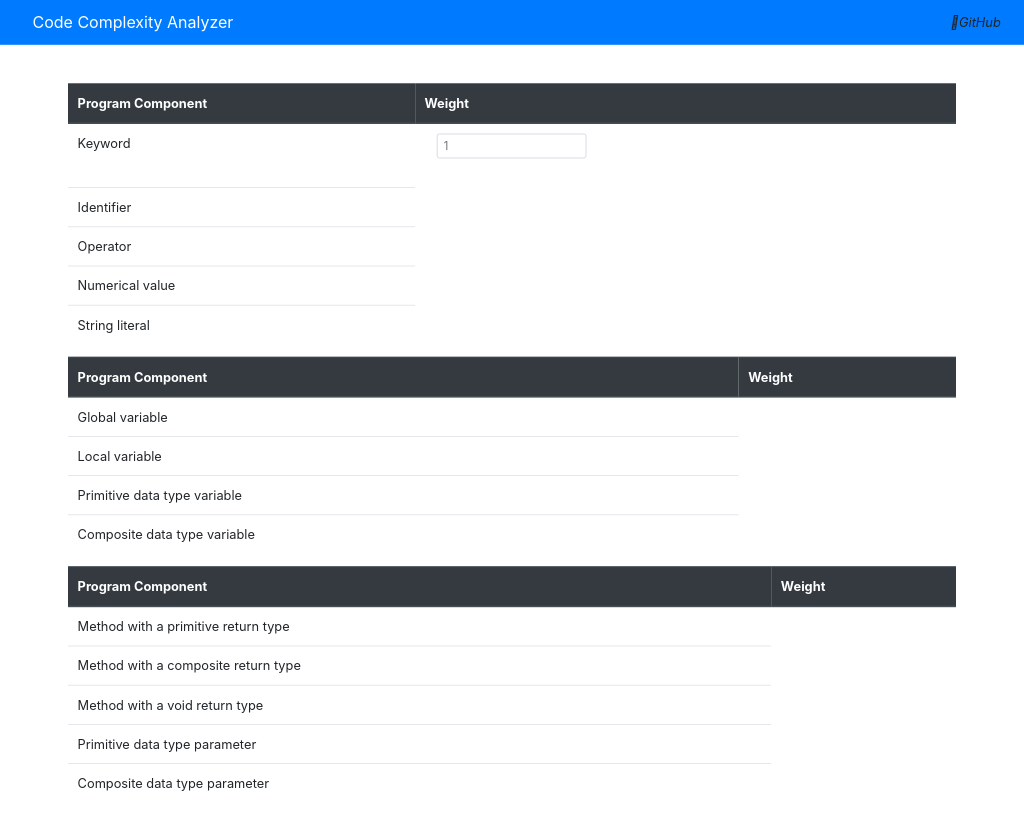
Repository: DinuwanB/Code-Complexity-Analyzer
Page: http://localhost/ITPM/Weight.jsp
These files come from the project's save history. The page is drawn as it stood at one moment and after the next save; the edit follows.
The browser window is 1280 px wide. The pictures show the whole page, at 80% of full size.
The page is served by Tomcat 9.

Above is the page before, as saved 2020-05-22 05:02:09.

After the next save:
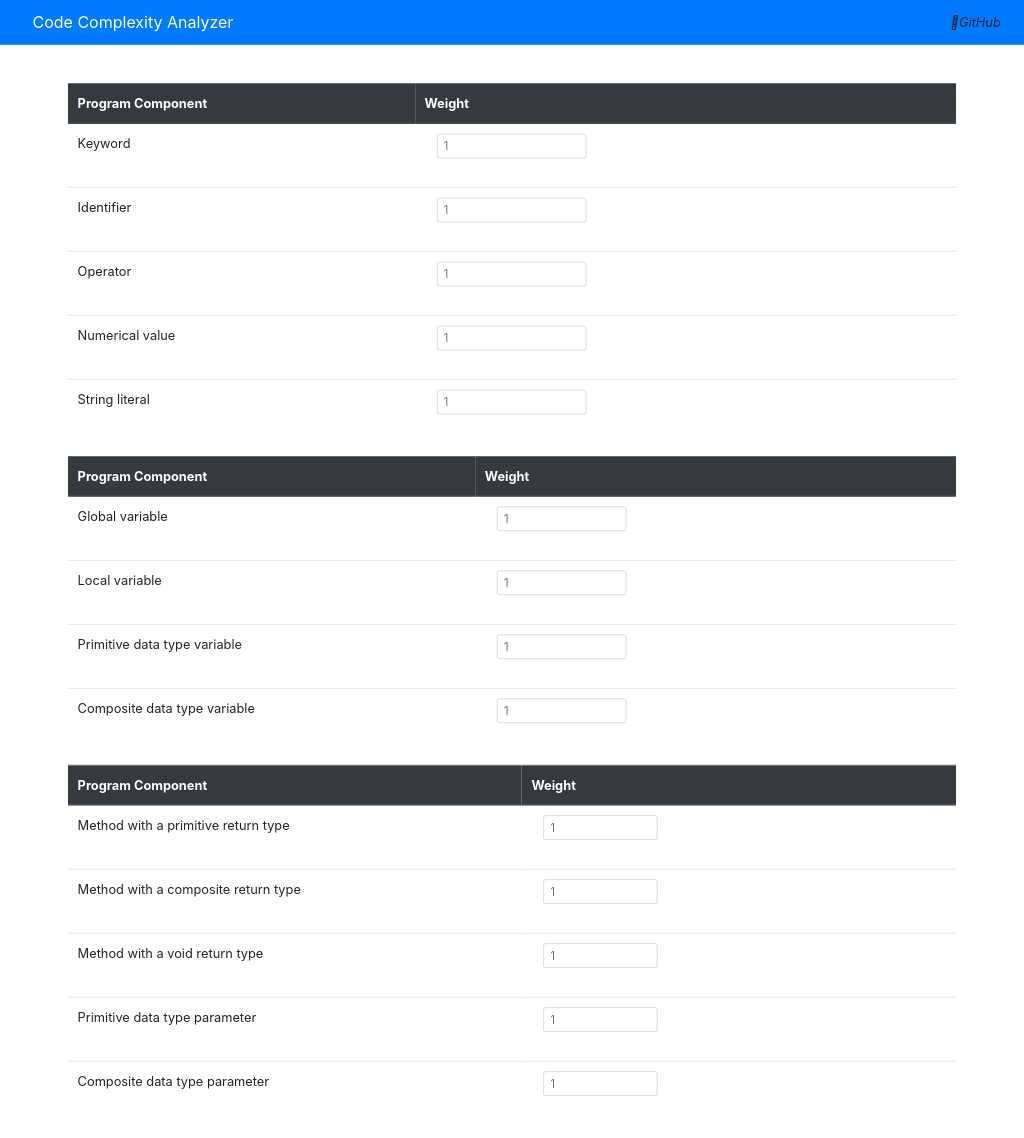
Saved 107 s later.
--- a/ITPM/src/main/webapp/Weight.jsp
+++ b/ITPM/src/main/webapp/Weight.jsp
@@ -42,23 +42,48 @@
   <tbody>
     <tr>
       <td>Keyword</td>
-      <td>  <div class="col-auto col-md-4">
+      <td>
+      <div class="col-auto col-md-4">
       <label class="sr-only" for="inlineFormInput">Weight</label>
       <input type="text" class="form-control mb-4 form-control-sm" id="inlineFormInput" placeholder="1">
-    </div>
+      </div>
     </td>
     </tr>
     <tr>
      <td>Identifier</td>
+     <td>
+     <div class="col-auto col-md-4">
+      <label class="sr-only" for="inlineFormInput">Weight</label>
+      <input type="text" class="form-control mb-4 form-control-sm" id="inlineFormInput" placeholder="1">
+      </div>
+     </td>
     </tr>
   	<tr>
   	 <td>Operator</td>
+  	 <td>
+     <div class="col-auto col-md-4">
+      <label class="sr-only" for="inlineFormInput">Weight</label>
+      <input type="text" class="form-control mb-4 form-control-sm" id="inlineFormInput" placeholder="1">
+      </div>
+     </td>
   	</tr>
   	<tr>
   	<td>Numerical value</td>
+  	<td>
+     <div class="col-auto col-md-4">
+      <label class="sr-only" for="inlineFormInput">Weight</label>
+      <input type="text" class="form-control mb-4 form-control-sm" id="inlineFormInput" placeholder="1">
+      </div>
+     </td>
     </tr>
     <tr>
     <td>String literal</td>
+    <td>
+     <div class="col-auto col-md-4">
+      <label class="sr-only" for="inlineFormInput">Weight</label>
+      <input type="text" class="form-control mb-4 form-control-sm" id="inlineFormInput" placeholder="1">
+      </div>
+     </td>
     </tr>
   </tbody>
 </table>
@@ -72,16 +97,39 @@
   <tbody>
     <tr>
       <td>Global variable</td>
-
+      <td>
+     <div class="col-auto col-md-4">
+      <label class="sr-only" for="inlineFormInput">Weight</label>
+      <input type="text" class="form-control mb-4 form-control-sm" id="inlineFormInput" placeholder="1">
+      </div>
+     </td>
     </tr>
     <tr>
      <td>Local variable</td>
+     <td>
+     <div class="col-auto col-md-4">
+      <label class="sr-only" for="inlineFormInput">Weight</label>
+      <input type="text" class="form-control mb-4 form-control-sm" id="inlineFormInput" placeholder="1">
+      </div>
+     </td>
     </tr>
   	<tr>
   	 <td>Primitive data type variable</td>
+  	 <td>
+     <div class="col-auto col-md-4">
+      <label class="sr-only" for="inlineFormInput">Weight</label>
+      <input type="text" class="form-control mb-4 form-control-sm" id="inlineFormInput" placeholder="1">
+      </div>
+     </td>
   	</tr>
   	<tr>
   	<td>Composite data type variable</td>
+  	<td>
+     <div class="col-auto col-md-4">
+      <label class="sr-only" for="inlineFormInput">Weight</label>
+      <input type="text" class="form-control mb-4 form-control-sm" id="inlineFormInput" placeholder="1">
+      </div>
+     </td>
     </tr>
   </tbody>
 </table>
@@ -95,18 +143,48 @@
   <tbody>
     <tr>
       <td>Method with a primitive return type</td>
+      <td>
+     <div class="col-auto col-md-4">
+      <label class="sr-only" for="inlineFormInput">Weight</label>
+      <input type="text" class="form-control mb-4 form-control-sm" id="inlineFormInput" placeholder="1">
+      </div>
+     </td>
     </tr>
     <tr>
      <td>Method with a composite return type</td>
+     <td>
+     <div class="col-auto col-md-4">
+      <label class="sr-only" for="inlineFormInput">Weight</label>
+      <input type="text" class="form-control mb-4 form-control-sm" id="inlineFormInput" placeholder="1">
+      </div>
+     </td>
     </tr>
   	<tr>
   	 <td>Method with a void return type</td>
+  	 <td>
+     <div class="col-auto col-md-4">
+      <label class="sr-only" for="inlineFormInput">Weight</label>
+      <input type="text" class="form-control mb-4 form-control-sm" id="inlineFormInput" placeholder="1">
+      </div>
+     </td>
   	</tr>
   	<tr>
   	<td>Primitive data type parameter</td>
+  	<td>
+     <div class="col-auto col-md-4">
+      <label class="sr-only" for="inlineFormInput">Weight</label>
+      <input type="text" class="form-control mb-4 form-control-sm" id="inlineFormInput" placeholder="1">
+      </div>
+     </td>
     </tr>
     <tr>
     <td>Composite data type parameter</td>
+    <td>
+     <div class="col-auto col-md-4">
+      <label class="sr-only" for="inlineFormInput">Weight</label>
+      <input type="text" class="form-control mb-4 form-control-sm" id="inlineFormInput" placeholder="1">
+      </div>
+     </td>
     </tr>
   </tbody>
 </table>
